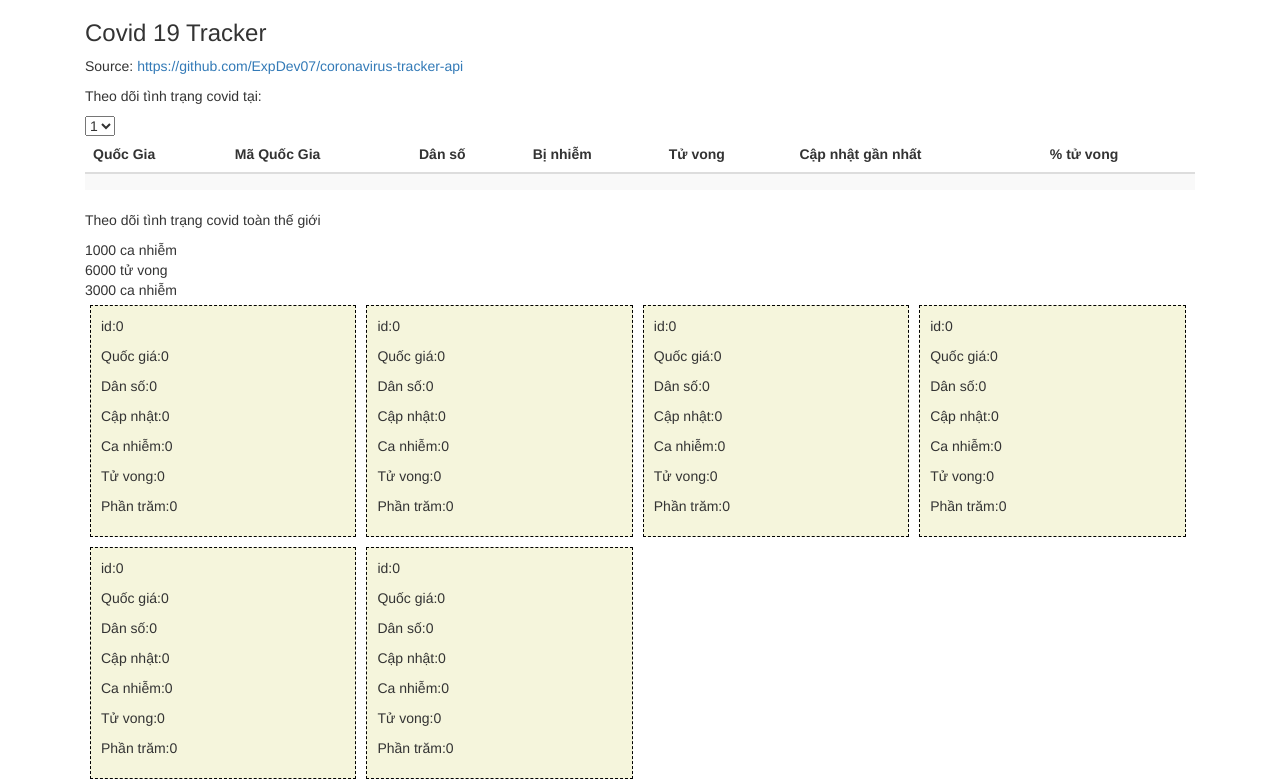
Repository: critdang/electro_store
Page: javascript_project/covid_tracker/index.html
These files come from the project's save history. The page is drawn as it stood at one moment and after the next save; the edit follows.
The browser window is 1280 px wide. The pictures show the whole page.
The page's requests for data from a server got no answer.

Above is the page before, as saved 2021-09-23 13:07:30.
Console error (its wording comes from the project's code and is left out).

### javascript_project/covid_tracker/index.html
<!DOCTYPE html>
<html lang="en">
<head>
    <meta charset="UTF-8">
    <meta name="viewport" content="width=device-width, initial-scale=1.0">
    <title>Covid Tracker</title>
        <!-- Latest compiled and minified CSS -->
    <link rel="stylesheet" href="https://maxcdn.bootstrapcdn.com/bootstrap/3.3.7/css/bootstrap.min.css" integrity="sha384-BVYiiSIFeK1dGmJRAkycuHAHRg32OmUcww7on3RYdg4Va+PmSTsz/K68vbdEjh4u" crossorigin="anonymous">

    <!-- Optional theme -->
    <link rel="stylesheet" href="https://maxcdn.bootstrapcdn.com/bootstrap/3.3.7/css/bootstrap-theme.min.css" integrity="sha384-rHyoN1iRsVXV4nD0JutlnGaslCJuC7uwjduW9SVrLvRYooPp2bWYgmgJQIXwl/Sp" crossorigin="anonymous">

    <style type="text/css">
        ul.list_world{
            padding: 0;
            margin: 0;
            list-style: none;
        }
        ul.list_world li{
            border: 1px dashed #000;
            width: 24%;
            padding: 10px;
            margin: 5px;
            background: beige;
            float: left;
        }
    </style>

</head>
<body>
    <div class ="container">
        <div class="col-md-12">
            <h3>Covid 19 Tracker</h3>
            <p> Source: <a href="">https://github.com/ExpDev07/coronavirus-tracker-api</a></p>

            <p>Theo dõi tình trạng covid tại: <div id:"title"></div></p>
            <select>
                <option>1</option>
            </select>
            <table class="table table-striped">
                <thead>
                  <tr>
                    <th>Quốc Gia</th>
                    <th>Mã Quốc Gia</th>
                    <th>Dân số</th>
                    <th>Bị nhiễm</th>
                    <th>Tử vong</th>
                    <th>Cập nhật gần nhất</th>
                    <th>% tử vong</th>

                  </tr>
                </thead>
                <tbody>
                  <tr>
                    <td><div id="quocgia"></div></td>
                    <td><div id="code"></div></td>
                    <td><div id="danso"></div></td>
                    <td><div id="binhiem"></div></td>
                    <td><div id="tuvong"></div></td>
                    <td><div id="capnhat"></div></td>
                    <td><div id="phantram"></div></td>
                  </tr>
                  <tr>
                  </tr>
                </tbody>
              </table>
              <!---world-->
              <p>Theo dõi tình trạng covid toàn thế giới</p>
              <div id="total" >1000 ca nhiễm</div>
              <div id="total_tuvong" >6000 tử vong</div>
              <div id="total_phuchoi" >3000 ca nhiễm</div>
              <ul class="list_world">
                <li>
                    <p> id:0</p>
                    <p> Quốc giá:0</p>
                    <p> Dân số:0</p>
                    <p> Cập nhật:0</p>
                    <p> Ca nhiễm:0</p>
                    <p> Tử vong:0</p>
                    <p> Phần trăm:0</p>
                </li>
                <li>
                    <p> id:0</p>
                    <p> Quốc giá:0</p>
                    <p> Dân số:0</p>
                    <p> Cập nhật:0</p>
                    <p> Ca nhiễm:0</p>
                    <p> Tử vong:0</p>
                    <p> Phần trăm:0</p>
                </li>
                <li>
                    <p> id:0</p>
                    <p> Quốc giá:0</p>
                    <p> Dân số:0</p>
                    <p> Cập nhật:0</p>
                    <p> Ca nhiễm:0</p>
                    <p> Tử vong:0</p>
                    <p> Phần trăm:0</p>
                </li>
                <li>
                    <p> id:0</p>
                    <p> Quốc giá:0</p>
                    <p> Dân số:0</p>
                    <p> Cập nhật:0</p>
                    <p> Ca nhiễm:0</p>
                    <p> Tử vong:0</p>
                    <p> Phần trăm:0</p>
                </li>
                <li>
                    <p> id:0</p>
                    <p> Quốc giá:0</p>
                    <p> Dân số:0</p>
                    <p> Cập nhật:0</p>
                    <p> Ca nhiễm:0</p>
                    <p> Tử vong:0</p>
                    <p> Phần trăm:0</p>
                </li>
                <li>
                    <p> id:0</p>
                    <p> Quốc giá:0</p>
                    <p> Dân số:0</p>
                    <p> Cập nhật:0</p>
                    <p> Ca nhiễm:0</p>
                    <p> Tử vong:0</p>
                    <p> Phần trăm:0</p>
                </li>
              </ul>
        </div>
    </div>
</body>
<!-- Latest compiled and minified JavaScript -->
<script src="https://maxcdn.bootstrapcdn.com/bootstrap/3.3.7/js/bootstrap.min.js" integrity="sha384-Tc5IQib027qvyjSMfHjOMaLkfuWVxZxUPnCJA7l2mCWNIpG9mGCD8wGNIcPD7Txa" crossorigin="anonymous"></script>
<script type="text/javascript" src="app.js"></script>
<!--  phải để dưới body vì chạy cấu trúc DOM trước -->
</html>

### javascript_project/covid_tracker/app.js
getCovidWorld();
getCovidCountry();
function getCovidWorld(){
    fetch('https://coronavirus-tracker-api.herokuapp.com/v2/locations/274')
        .then(res => res.json())//trả về API kiểu json
        .then(data => {
            let id = data.location.id;
            let quocgia = data.location.country;
            document.getElementById('quocgia').innerHTML = quocgia.toLocaleString("en");// hiện thị kiểu tiếng anh
        });//data
}
function getCovidCountry(){

}

After the next save:
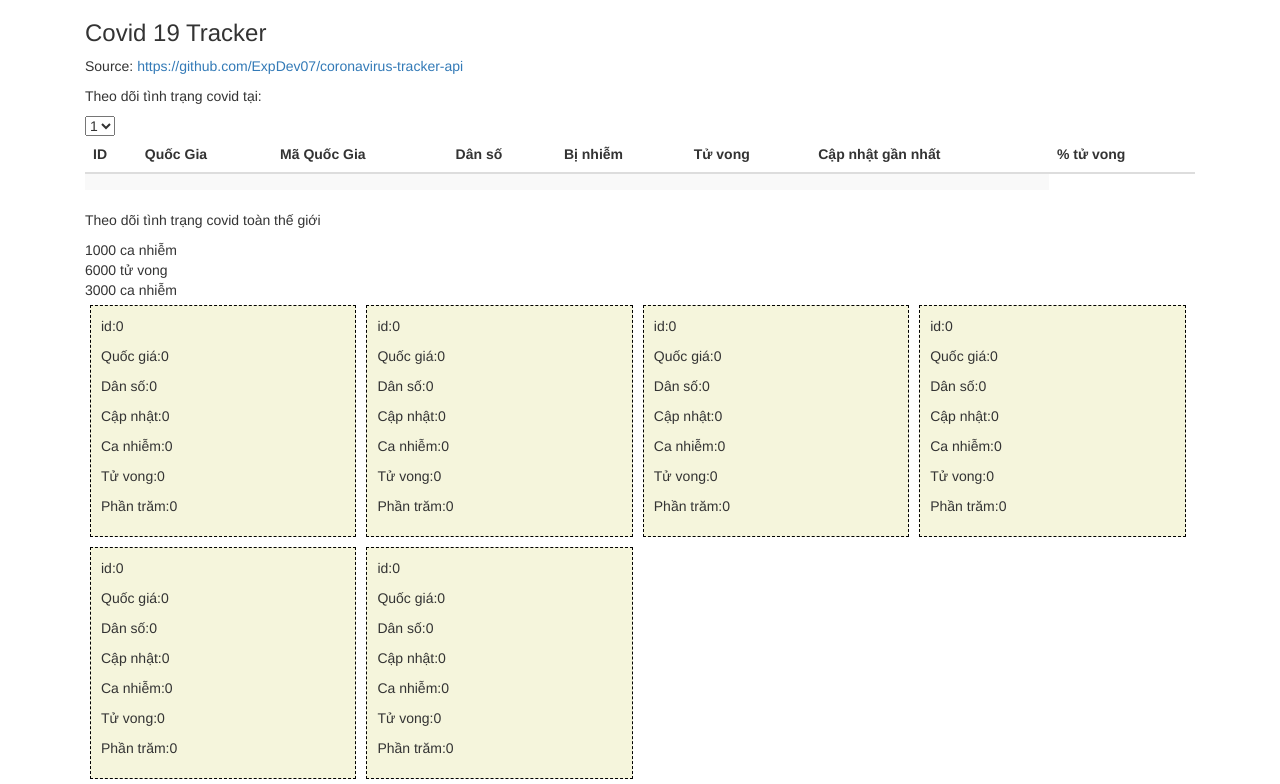
Saved 41 s later.
--- a/javascript_project/covid_tracker/index.html
+++ b/javascript_project/covid_tracker/index.html
@@ -40,6 +40,7 @@
             <table class="table table-striped">
                 <thead>
                   <tr>
+                    <th>ID</th>
                     <th>Quốc Gia</th>
                     <th>Mã Quốc Gia</th>
                     <th>Dân số</th>
